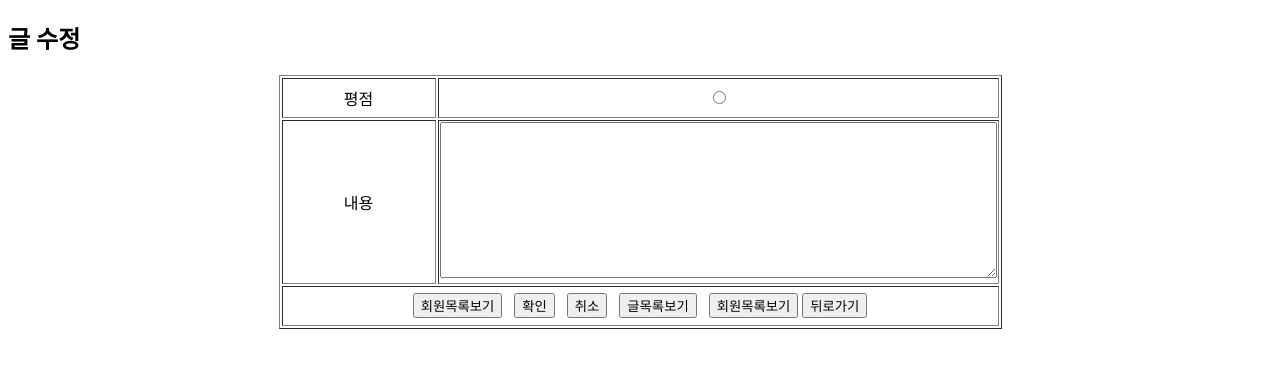
Repository: Served01/Project2_2209
Page: http://localhost/bookReviewProgram/rvUpdate.jsp
An editor plug-in stored every save of this project. The page is shown before and after the next save, followed by the edit.
The browser window is 1280 px wide. The pictures show the whole page.
The page is served by Tomcat 9. Other server files are loaded and not shown.

Above is the page before, as saved 2022-09-24 07:31:20.

### bookReviewProgram/src/main/webapp/rvUpdate.jsp
<%@ page language="java" contentType="text/html; charset=UTF-8"
    pageEncoding="UTF-8"%>
<%	request.setCharacterEncoding("UTF-8");	%>
<%@ page import="BKRV.review.rvDAO" %>
<%@ page import="BKRV.review.rvBean" %>
<!DOCTYPE html>
<html>
<head>
<meta charset="UTF-8">
<title>글 수정</title>
</head>
<body>

	<h2>글 수정</h2>
<%-- <%


	int num = Integer.parseInt(request.getParameter("num"));
	int ref = Integer.parseInt(request.getParameter("ref"));
	int re_step = Integer.parseInt(request.getParameter("re_step"));
	int re_level = Integer.parseInt(request.getParameter("re_level"));

%> --%>
<%--
<%
	int Rv_number = Integer.parseInt(request.getParameter("Rv_number"));
	int Rv_bknumber = Integer.parseInt(request.getParameter("Rv_bknumber"));
	String Rv_id = request.getParameter("Rv_id");

	rvDAO rdao = new rvDAO();
	rvBean rBean = rdao.updateoneselectboard(Rv_number, Rv_bknumber, Rv_id);
%>

 --%>
<form action="rvUpdatePro.jsp" method="post">
	<table border="1" align="center" width"600" bgccolor="yellow">
		<%-- <tr height="40" align="center">
			<td width="150">작성자</td>
			<td width="250"><%=rBean.getNick() %></td>
		</tr>
		<tr height="40" align="center">
			<td width="150">전자우편</td>
			<td width="250"><input type="text" name="email" size="67" disabled="disabled"></td>
		</tr>
		<tr height="40" align="center">
			<td width="150">주제</td>
			<td width="250"><input type="text" name="subject" size="67" placeholder="주제입력"></td>
		</tr> --%>
		<tr height="40" align="center">
			<td width="150">평점</td>
			<td width="250"><input type="radio" name="score"><%-- <%=rBean.getRv_score()%> --%></td>
		</tr>
		<tr height="40" align="center">
			<td width="150">내용</td>
			<td width="350">
			<textarea rows="10" cols="67" name="content"><%-- <%=rBean.getRv_content()%> --%></textarea>
		</tr>

		<tr height="40" align="center">
			<td colspan="2">
			<input type="button" value="회원목록보기" onclick="location.href='memberList.jsp'"/>&nbsp;&nbsp;
			<input type="submit" value="확인"/>&nbsp;&nbsp;
			<input type="reset" value="취소"/>&nbsp;&nbsp;
		<input type="button" value="글목록보기" onclick="location.href='boardList.jsp'"/>&nbsp;&nbsp;
		<input type="button" value="회원목록보기" onclick="location.href='memberList.jsp'"/>
		<input type="button" value="뒤로가기" onclick="location.href='history.back()'">

		</td></tr>
	</table>
</form>
</body>
</html>

After the next save:
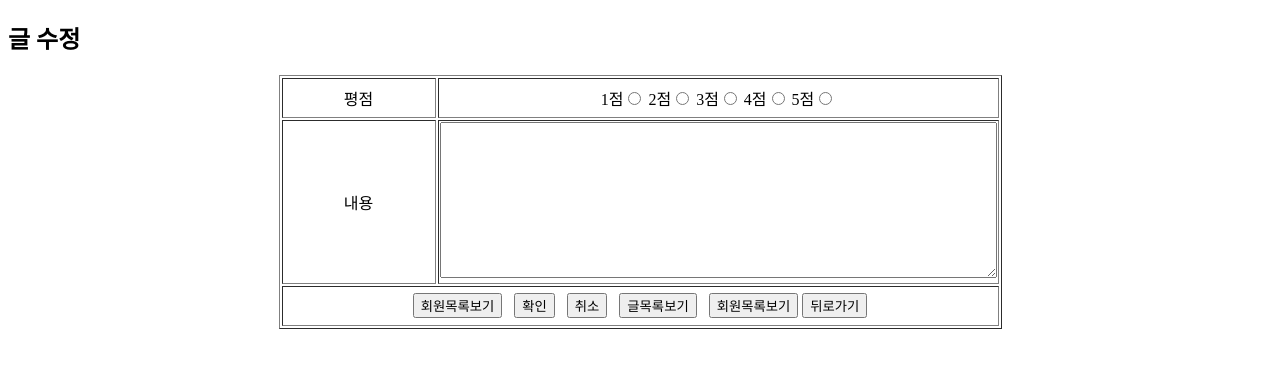
Saved 30 s later.
--- a/bookReviewProgram/src/main/webapp/rvUpdate.jsp
+++ b/bookReviewProgram/src/main/webapp/rvUpdate.jsp
@@ -48,7 +48,12 @@
 		</tr> --%>
 		<tr height="40" align="center">
 			<td width="150">평점</td>
-			<td width="250"><input type="radio" name="score"><%-- <%=rBean.getRv_score()%> --%></td>
+			<td width="250">
+			1점<input type="radio" name="score">
+			2점<input type="radio" name="score">
+			3점<input type="radio" name="score">
+			4점<input type="radio" name="score">
+			5점<input type="radio" name="score"><%-- <%=rBean.getRv_score()%> --%></td>
 		</tr>
 		<tr height="40" align="center">
 			<td width="150">내용</td>
